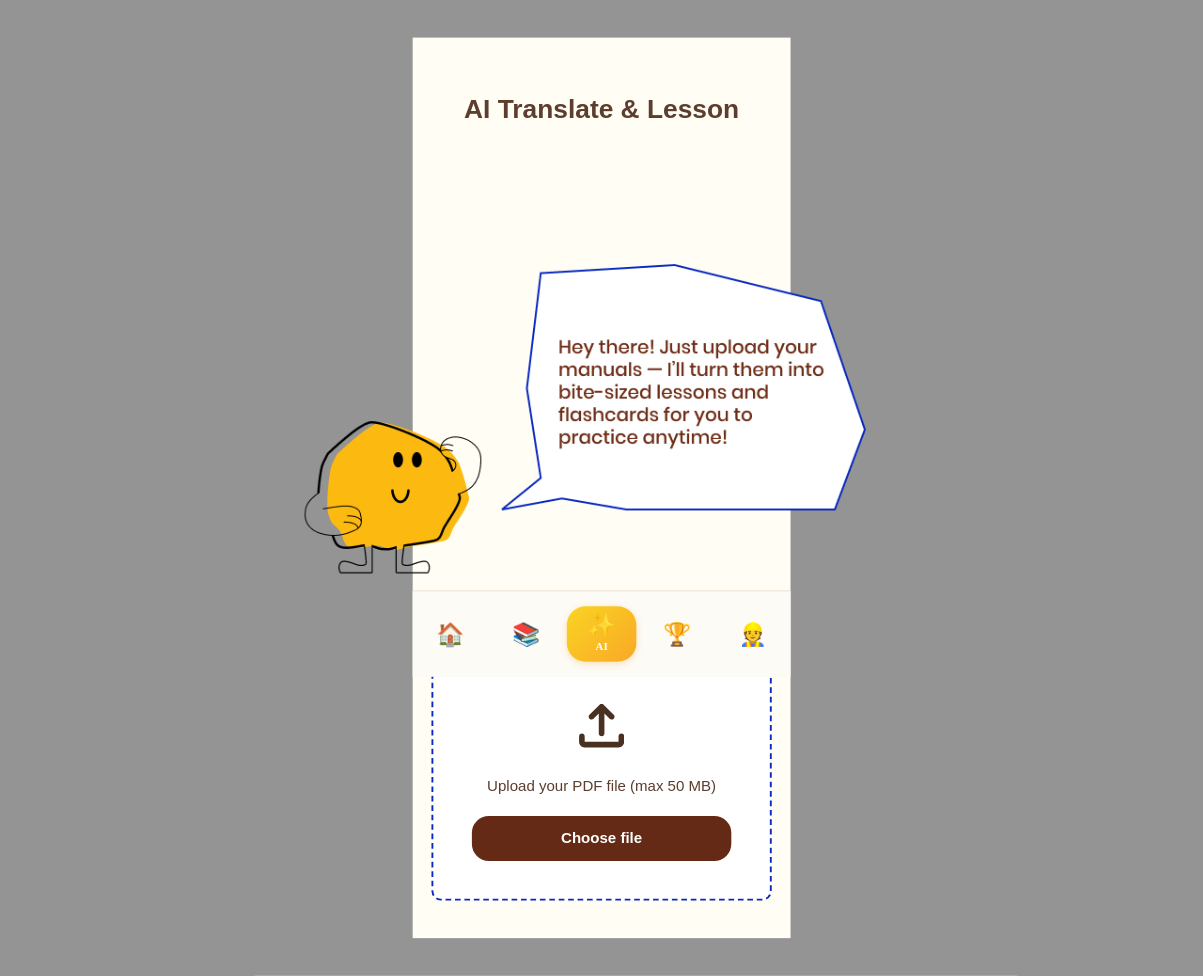
Repository: richelletiongson/Jargon_FrontendShowcase
Page: / (app in jargon_frontend/)
These files come from the project's save history. The page is drawn as it stood at one moment and after the next save; the edit follows.
The browser window is 1280 px wide. The pictures show the whole page, at 94% of full size.
The project was rebuilt for these pictures with package versions that can differ from the ones it lists, and the page was loaded fresh each time. Also part of the build but not shown: jargon_frontend/vite.config.js, jargon_frontend/src/index.css, jargon_frontend/src/home_pages/Home.jsx, jargon_frontend/src/course_pages/Course.jsx, jargon_frontend/src/charts_pages/Charts.jsx, jargon_frontend/src/profile_pages/Profile.jsx.

Above is the page before, as saved 2025-10-22 15:33:04.

After the next save:
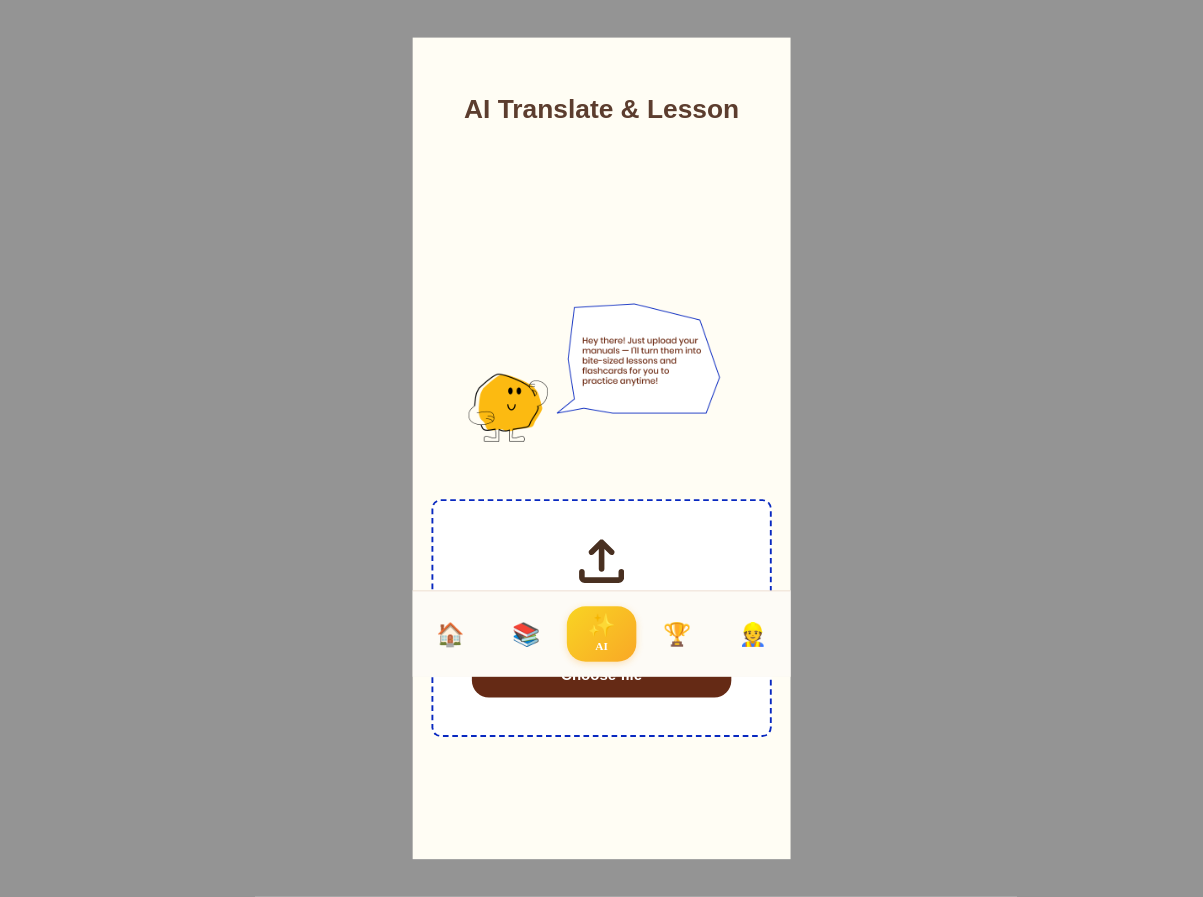
Saved 3 s later.
--- a/jargon_frontend/src/ai_pages/AI.css
+++ b/jargon_frontend/src/ai_pages/AI.css
@@ -27,6 +27,19 @@
   margin: 0 0 40px 0;
   padding: 60px 20px 0 20px;
   line-height: 1.2;
+}
+
+.rocky-container {
+  display: flex;
+  justify-content: center;
+  align-items: center;
+  margin-bottom: 20px;
+}
+
+.rocky-image {
+  max-width: 100%;
+  height: auto;
+  border-radius: 8px;
 }
 
 .file-upload-container {
